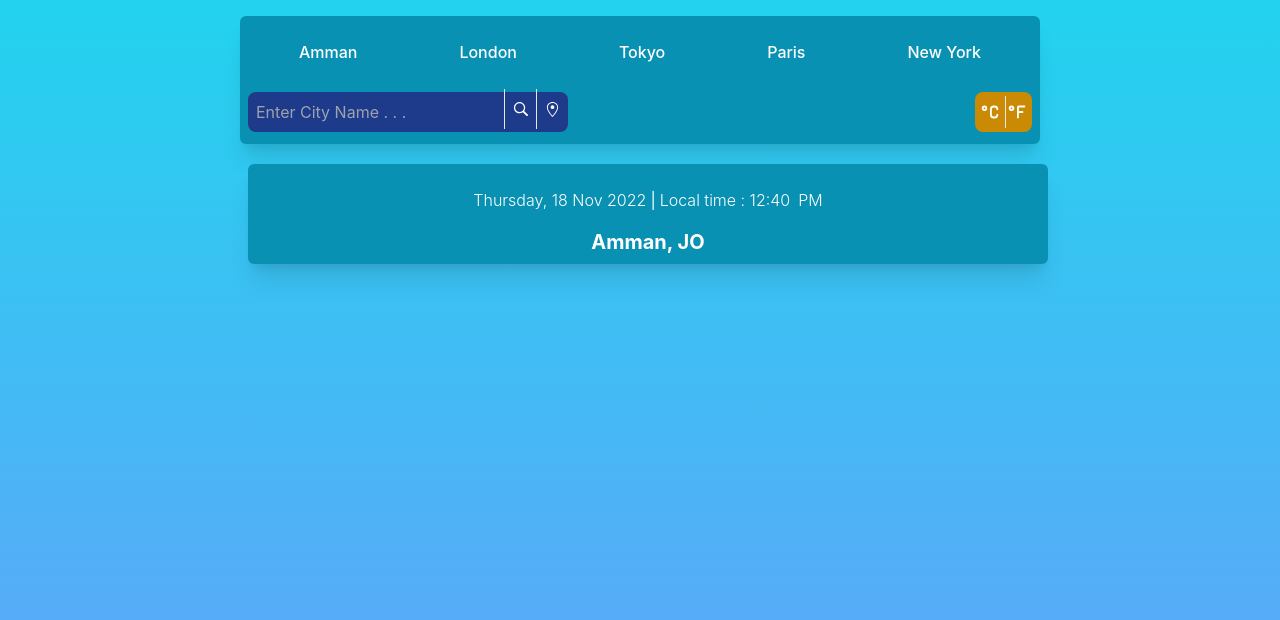
Repository: SaadYasin/next-js-forecast-tailwind
Page: /
These files come from the project's save history. The page is drawn as it stood at one moment and after the next save; the edit follows.
The browser window is 1280 px wide. The pictures show the whole page.
The project was rebuilt for these pictures with package versions that can differ from the ones it lists, and the page was loaded fresh each time. The framework's server and built-in components were replaced by stand-ins that run in the browser.

Above is the page before, as saved 2022-11-18 21:57:31.

After the next save:
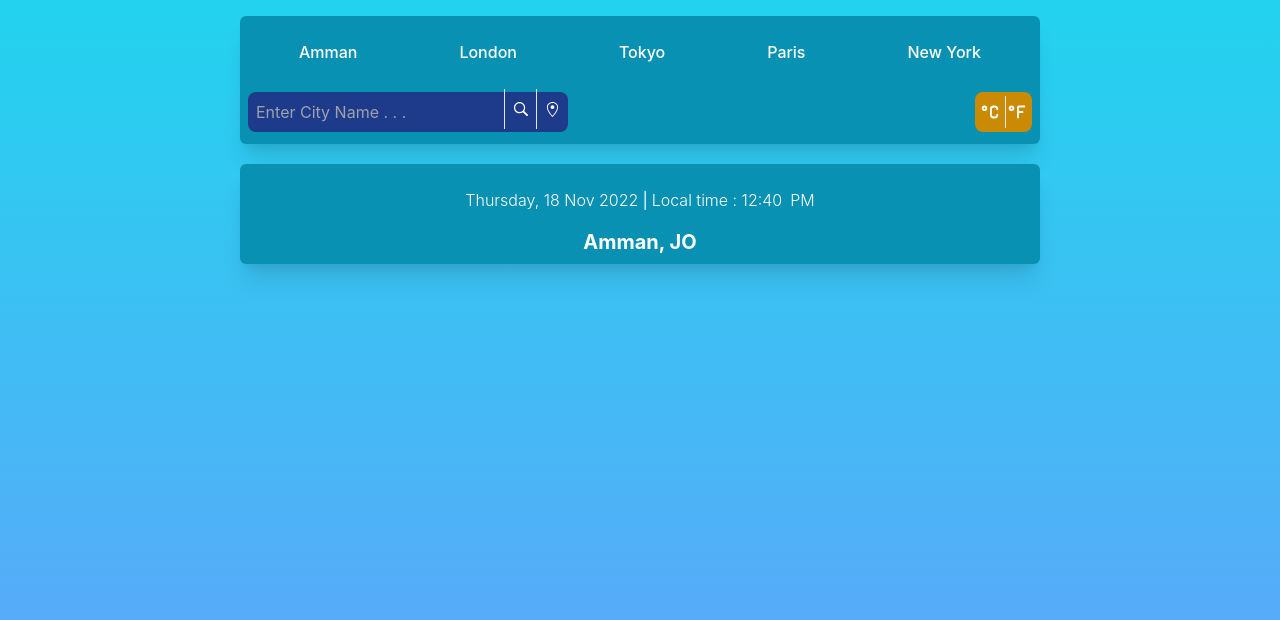
Saved 43 s later.
--- a/components/MainCard.js
+++ b/components/MainCard.js
@@ -6,7 +6,7 @@ const MainCard = () => {
   return (
     <div className="flex flex-col items-center">
 
-    <div className="text-white mx-auto w-[23rem] md:w-3/4 lg:w-[50rem] bg-cyan-600 h-max-content p-2 mt-8 rounded-md shadow-xl">
+    <div className="text-white w-[23rem] md:w-3/4 lg:w-[50rem] bg-cyan-600 h-max-content p-2 mt-8 rounded-md shadow-xl">
       <TimeAndDate />
       <Location />
 
